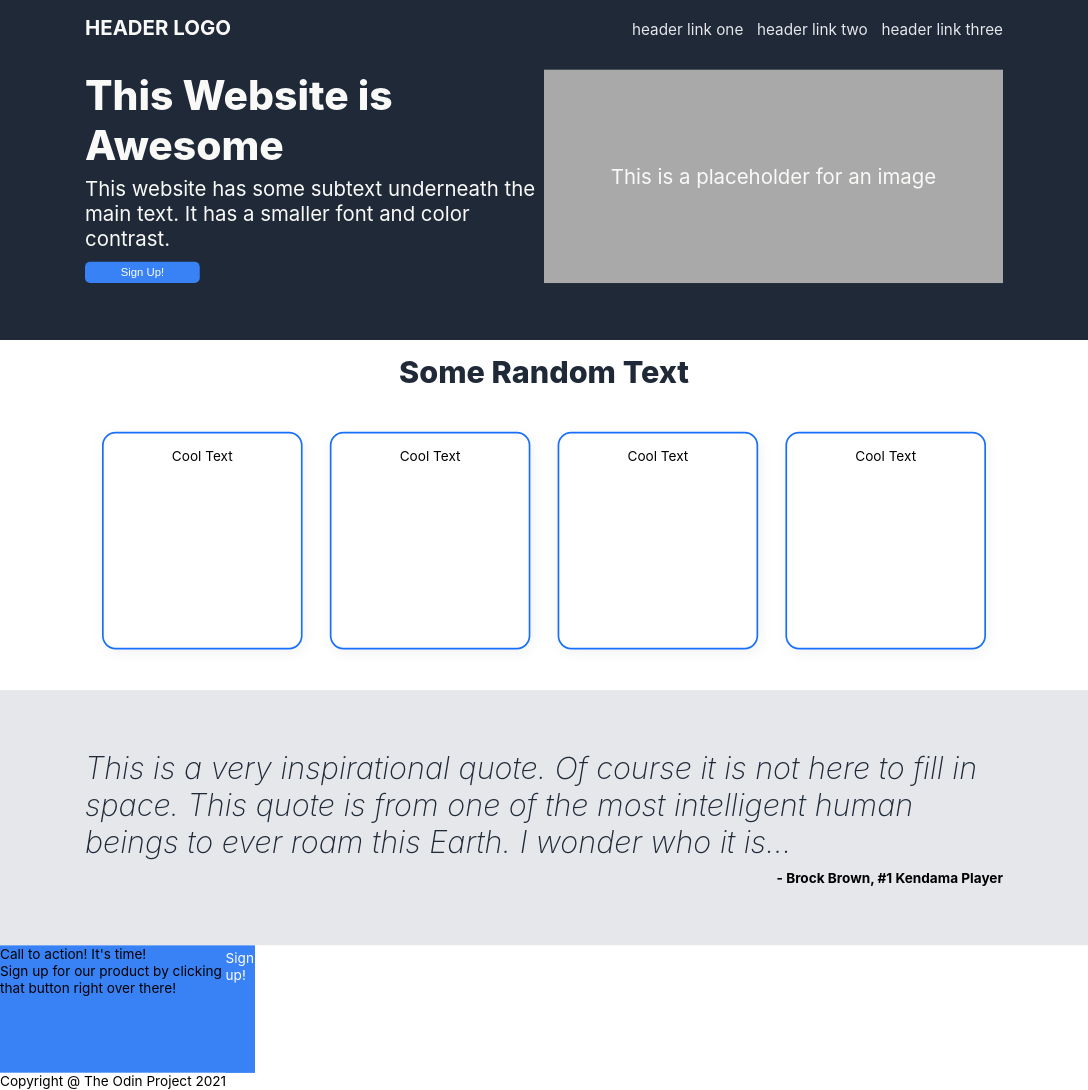
Repository: bbrockbrown/landing-page
Page: index.html
These files come from the project's save history. The page is drawn as it stood at one moment and after the next save; the edit follows.
The browser window is 1280 px wide. The pictures show the whole page, at 85% of full size.

Above is the page before, as saved 2024-07-24 16:09:34.

### index.html
<!DOCTYPE html>
<html lang="en">
<head>
    <meta charset="UTF-8">
    <meta name="viewport" content="width=device-width, initial-scale=1.0">
    <link rel="stylesheet" href="styles.css">
    <title>Landing Page</title>
</head>
<body>

    <div class="header">
        <div class="upper-header">
            <div class="logo" style="font-weight: bolder">HEADER LOGO</div>
            <ul class="header-links">
                <li><a href="https://www.google.com/" target="_blank">header link one</a></li>
                <li><a href="https://www.google.com/" target="_blank">header link two</a></li>
                <li><a href="https://www.google.com/" target="_blank">header link three</a></li>
            </ul>
        </div>

        <div class="header-content">
            <div class="header-text">
                <div class="awesome-text">
                    This Website is Awesome
                </div>
                <div class="subtext">
                    This website has some subtext underneath the main text.
                    It has a smaller font and color contrast.
                </div>
                <button class="signup-button">Sign Up!</button>
            </div>

            <div class="header-image">
                This is a placeholder for an image
            </div>
        </div>
    </div>




    <div class="body">
        <div class="box-text">Some Random Text</div>
        <div class="box-container">
            <div class="box">Cool Text</div>
            <div class="box">Cool Text</div>
            <div class="box">Cool Text</div>
            <div class="box">Cool Text</div>
        </div>

        <div class="quote-container">
            <div class="quote">This is a very inspirational quote. Of course it is not here
                to fill in space. This quote is from one of the most intelligent human beings
                to ever roam this Earth. I wonder who it is...
            </div>
            <div class="quote-author">
                - Brock Brown, #1 Kendama Player
            </div>
        </div>
    </div>

    <div class="sign-up-container">
        <div class="sign-up-text">
            <div class="action">Call to action! It's time!</div>
            <div class="action-subtext">Sign up for our product by clicking that button right over there!</div>
        </div>

        <div class="signup-button" id="lower-button">Sign up!</div>
    </div>


    <div class="footer">
        Copyright @ The Odin Project 2021
    </div>

</body>
</html>

### styles.css
body {
    font-family: -apple-system, BlinkMacSystemFont, 'Segoe UI', Roboto, Oxygen, Ubuntu, Cantarell, 'Open Sans', 'Helvetica Neue', sans-serif;
    margin: 0;
    min-height: 100vh;
}

.header {
    background-color: #1F2937;
    font-size: 24px;
    color: #F9FAF8;
    display: flex;
    padding: 0px 100px 50px 100px;
    height: 350px;
    flex-direction: column;
    justify-content: space-around;
}

.upper-header {
    display: flex;
    justify-content: space-between;
}

.header-content {
    display: flex;
    text-align: left;
    align-items: center;
    flex-shrink: 0;
}

.header-text {
    width: 50%;
    display: flex;
    flex-flow: column wrap;
    gap: 8px;
}

.header-image {
    text-align: center;
    width: 50%;
    height: 100%;
    background-color: darkgray;
    display: flex;
    flex-flow: column wrap;
    justify-content: center;

}

.awesome-text {
    font-size: 48px;
    font-weight: 800;
}

button {
    padding: 5px 30px 5px 30px;
    border-radius: 6px;
    width: 25%;
}

.signup-button {
    background-color: #3882F6;
    color: white;
    border: none;
    margin-top: 5px;
}

ul {
    margin: 0;
    padding: 0;
    list-style: none;
    display: flex;
    gap: 16px;
}

a {
    text-decoration: none;
    font-size: 18px;
    color: #E5E7EB;
}


.body {
    display: flex;
    flex: 1;
    flex-direction: column;
    align-items: center;
}

.box-text {
    font-size: 36px;
    color: #1F2937;
    font-weight: 800;
    margin-top: 16px;
}

.box-container {
    display: flex;
    padding: 48px;
    flex-wrap: wrap;
    gap: 32px;
    justify-content: center;
}


.box {
    border: 2px solid  #186ffa;
    box-shadow: 2px 4px 16px rgba(0,0,0,.06);
    border-radius: 16px;
    padding: 16px;
    width: 200px;
    height: 220px;
    text-align: center;
}

.quote-container {
    display: flex;
    flex: wrap;
    flex-direction: column;
    background-color: #E5E7EB;
    height: 300px;
    justify-content: center;
}

.quote {
    font-size: 36px;
    color: #1F2937;
    font-style: italic;
    font-weight: 200;
    padding: 0 100px;
    margin-bottom: 10px;
}

.quote-author {
    align-self: flex-end;
    margin-right: 100px;
    font-weight: bold;
}

.sign-up-container {
    background-color: #3882F6;
    display: flex;
    height: 150px;
    width: 300px;
    justify-content: space-around;
}

.sign-up-text {

}

.signup-button #lower-button {
    border: 3px white;
}

After the next save:
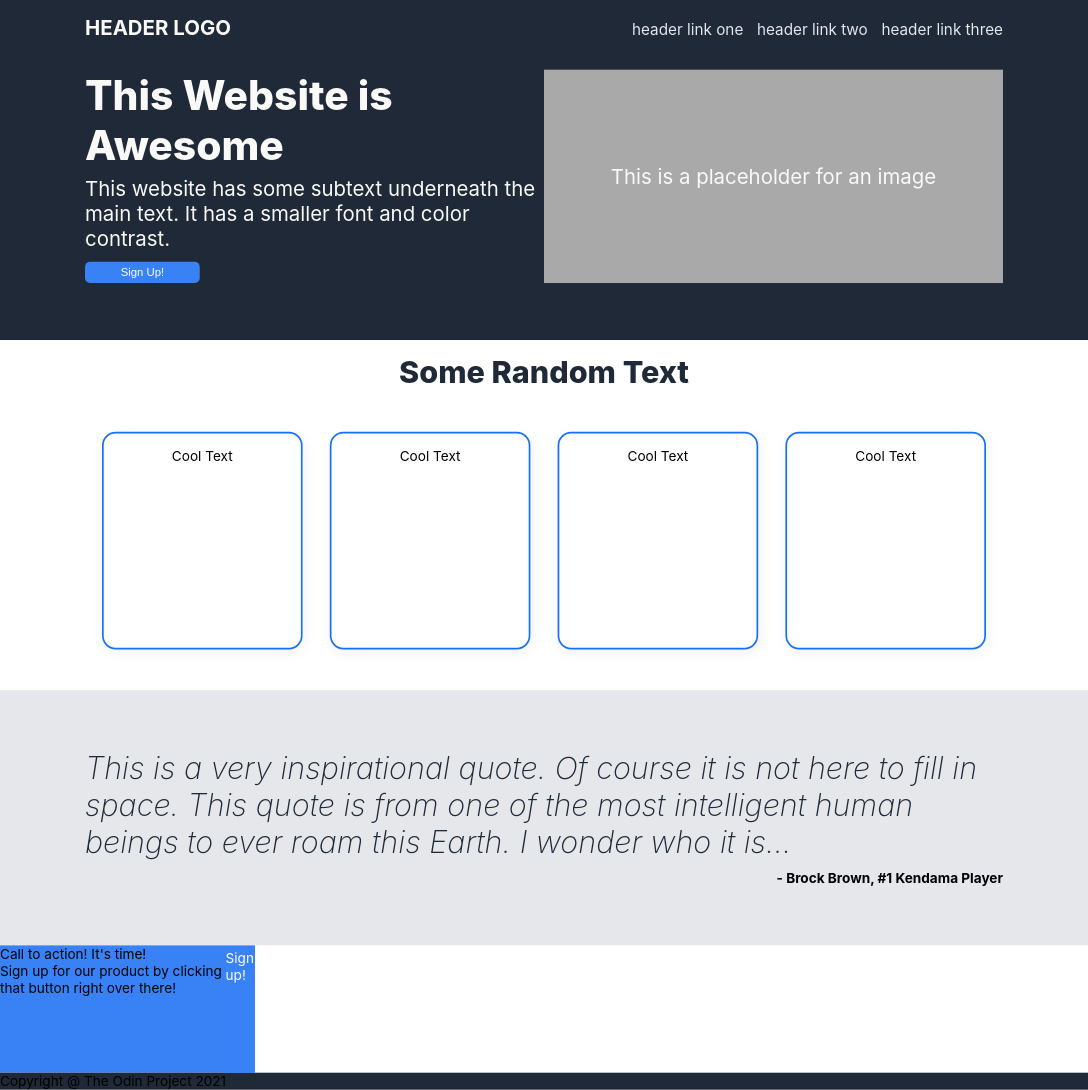
Saved 21 s later.
--- a/styles.css
+++ b/styles.css
@@ -150,3 +150,7 @@ a {
 .signup-button #lower-button {
     border: 3px white;
 }
+
+.footer {
+    background-color: #1F2937;
+}
